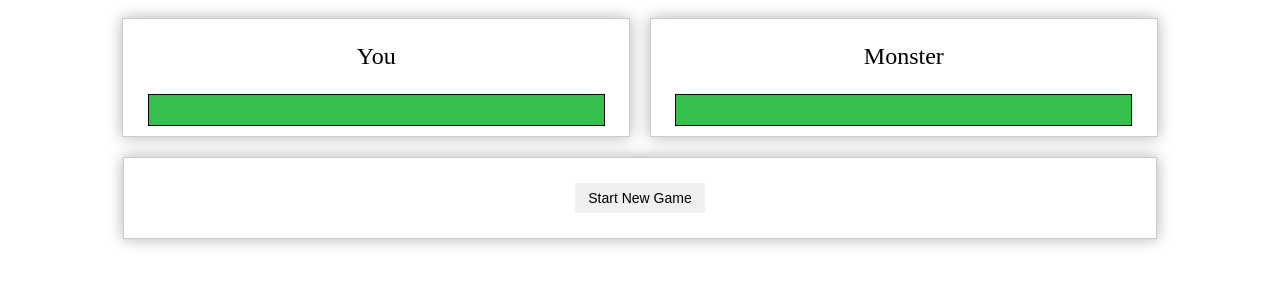
Repository: jakublack/game-fight-vue
Page: /
The author's editor kept a copy of each file at every save. The page is drawn from the files as they stood at one save, then again after the next save.
The browser window is 1280 px wide. The pictures show the whole page.
The project was rebuilt for these pictures with package versions that can differ from the ones it lists, and the page was loaded fresh each time.

Above is the page before, as saved 2018-08-08 20:52:50.

### public/index.html
<!DOCTYPE html>
<html lang="en">
  <head>
    <meta charset="utf-8">
    <meta http-equiv="X-UA-Compatible" content="IE=edge">
    <meta name="viewport" content="width=device-width,initial-scale=1.0">
    <link rel="icon" href="<%= BASE_URL %>favicon.ico">
    <title>game-app</title>
  </head>
  <body>
    <noscript>
      <strong>We're sorry but game-app doesn't work properly without JavaScript enabled. Please enable it to continue.</strong>
    </noscript>
    <div id="app"></div>
    <!-- built files will be auto injected -->
  </body>
</html>

### src/components/Game.vue
<template>
  <div class="wrapper--app">
    <div class="wrapper--person">
      <div class="person--player">
        <p>You</p>
        <div class="person--health player--health"></div>
      </div>
      <div class="person--player">
        <p>Monster</p>
        <div class="person--health monster--health"></div>
      </div>
    </div>
    <div class="wrapper-action">
      <button class="btn btn-new-game">Start New Game</button>
    </div>


  </div>

</template>

<script>
export default {
  name: 'Game',

}
</script>

<!-- Add "scoped" attribute to limit CSS to this component only -->
<style scss scoped>

.wrapper--person {
  text-align: center;
}

.person--player {
  width: 40%;
  display: inline-block;
  margin: 10px;
  text-align: center;
  border: 1px solid #ccc;
  box-shadow: 0px 0px 15px 0px rgba(0,0,0,0.3);
}

.person--player p {
  font-size: 24px;
}

.person--health {
  width: 90%;
  height: 30px;
  margin: 10px auto;
  background-color: #35BF4D;
  border: 1px solid #000;
}
.wrapper-action {
  width: calc(80% + 20px);
  height: auto;
  min-height: 80px;
  margin: 10px auto;
  border: 1px solid #ccc;
  box-shadow: 0px 0px 15px 0px rgba(0,0,0,0.3);
  display: flex;
  justify-content: center;
  align-items: center;
}
.btn {
  width: 130px;
  height: 30px;
  border: none;
  cursor: pointer;
  font-size: 14px;
}
.btn-new-game {
  background-color:
}



</style>

Loaded but not shown: src/main.js (common file); src/App.vue (common file)

After the next save:
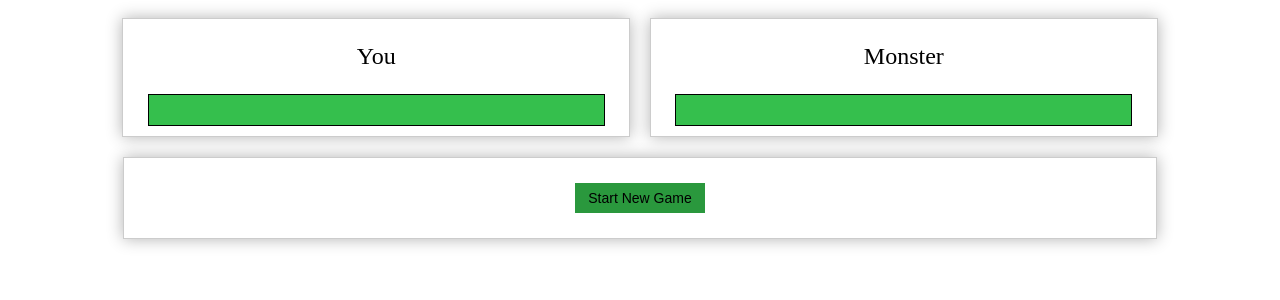
Saved 10 s later.
--- a/src/components/Game.vue
+++ b/src/components/Game.vue
@@ -72,7 +72,7 @@ export default {
   font-size: 14px;
 }
 .btn-new-game {
-  background-color:
+  background-color: #2A983D;
 }
 
 
